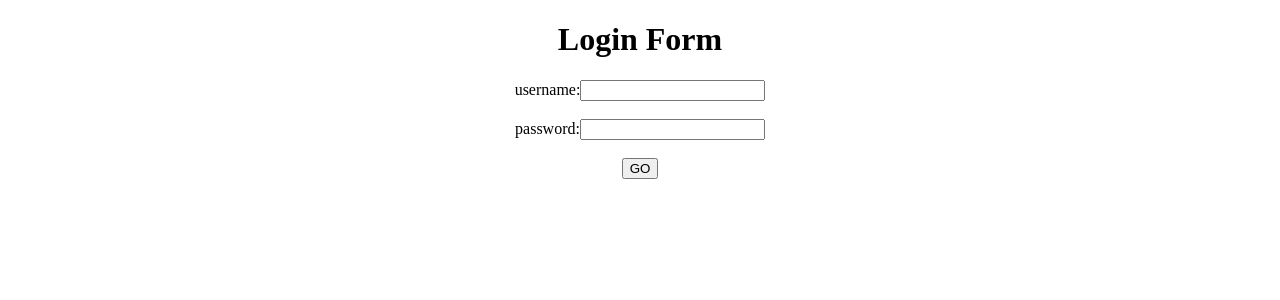
Repository: VIJAYkollu-7568/rakhi
Page: jsp/src/main/webapp/login.html
The author's editor kept a copy of each file at every save. The page is drawn from the files as they stood at one save, then again after the next save.
The browser window is 1280 px wide. The pictures show the whole page.

Above is the page before, as saved 2024-11-07 08:58:16.

### jsp/src/main/webapp/login.html
<!DOCTYPE html>
<html>
<head>
<meta charset="UTF-8">
<title>login</title>
</head>
<body>

<form align="center" action="login.jsp">
<h1>Login Form</h1>
username:<input type ="text" name="username" required><br><br>
password:<input type="password" name="password" required><br><br>
<button type="submit">GO</button>
</form>
</body>
</html>

After the next save:
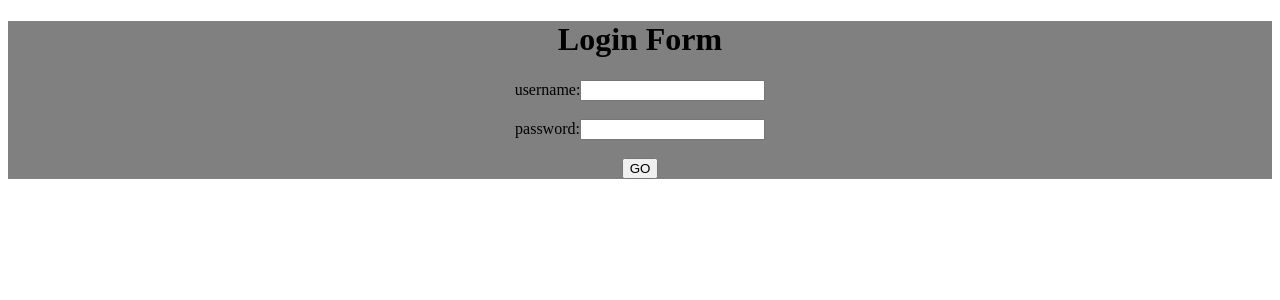
Saved 32 s later.
--- a/jsp/src/main/webapp/login.html
+++ b/jsp/src/main/webapp/login.html
@@ -6,7 +6,7 @@
 </head>
 <body>
 
-<form align="center" action="login.jsp">
+<form style="background-color:grey" align="center" action="login.jsp">
 <h1>Login Form</h1>
 username:<input type ="text" name="username" required><br><br>
 password:<input type="password" name="password" required><br><br>
